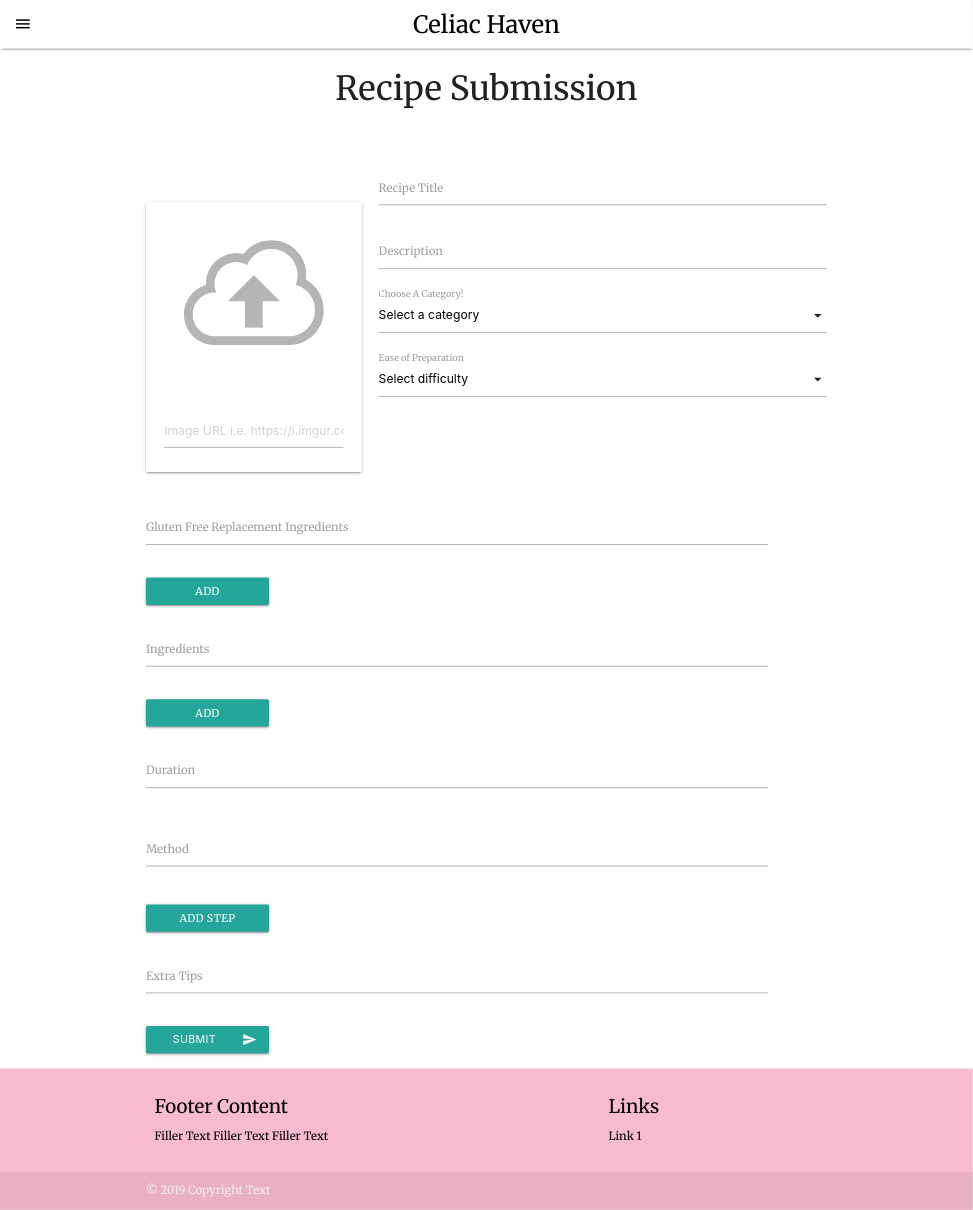
Repository: DanielJMaia/cookbook-project
Page: http://localhost/add_recipe
The author's editor kept a record of every edit. The page is drawn from the files as they stood at one moment, then again after the next edit.
The browser window is 1280 px wide. The pictures show the whole page, at 76% of full size.
Some web fonts or font styles are not loaded; a fallback is used. The page is served by the project's application, run on Flask 3 (app.py). Queries for data that is not in the repository find no rows.

Above is the page before.

After the next edit:
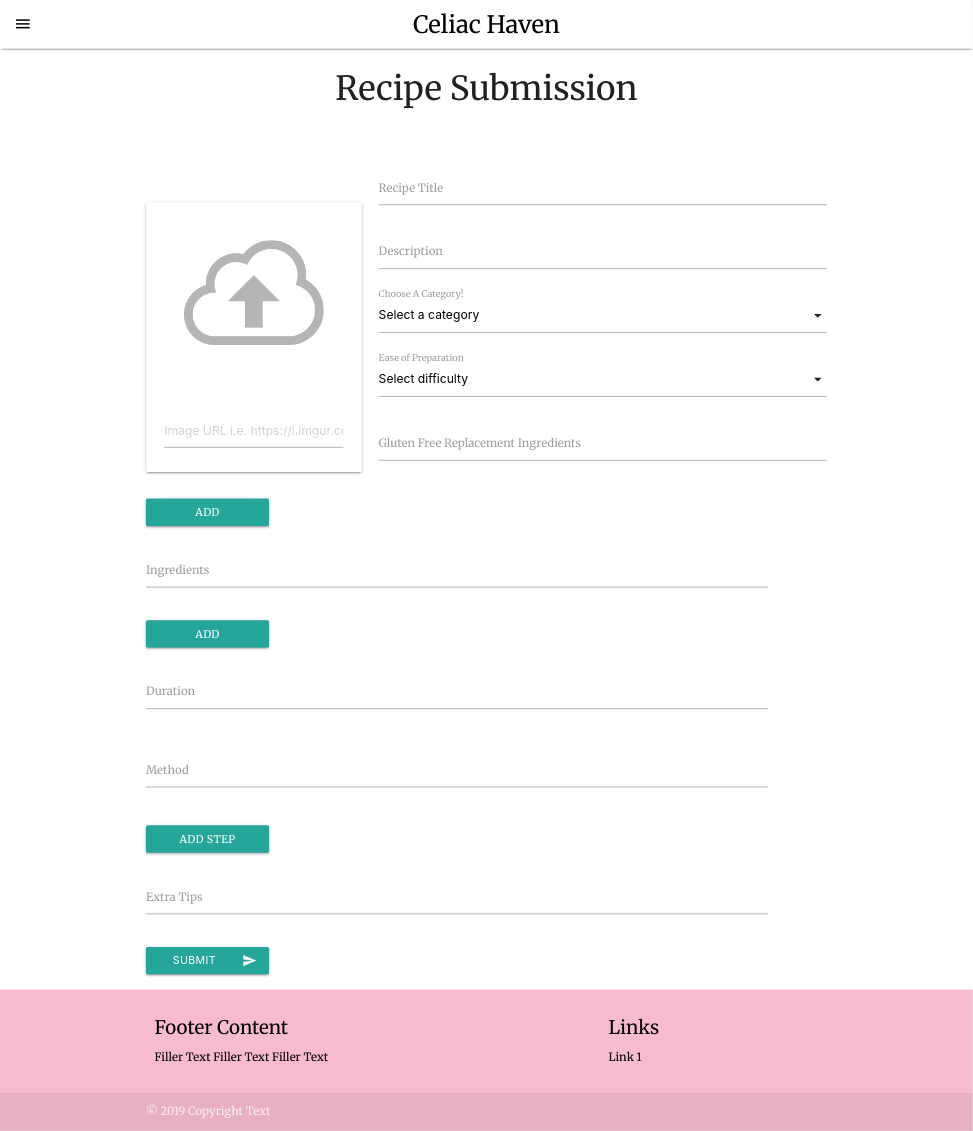
The edit:
--- a/templates/add_recipe.html
+++ b/templates/add_recipe.html
@@ -47,9 +47,8 @@
                 </select>
                 <label>Ease of Preparation</label>
             </div>
-        </div>
-        <div class="row">
-            <div class="input-field col s11">
+
+            <div class="input-field col s11 m8">
                 <input id="gf_ingredient" type="text" class="validate" name="gf_ingredient">
                 <label for="gf_ingredient">Gluten Free Replacement Ingredients</label>
             </div>
